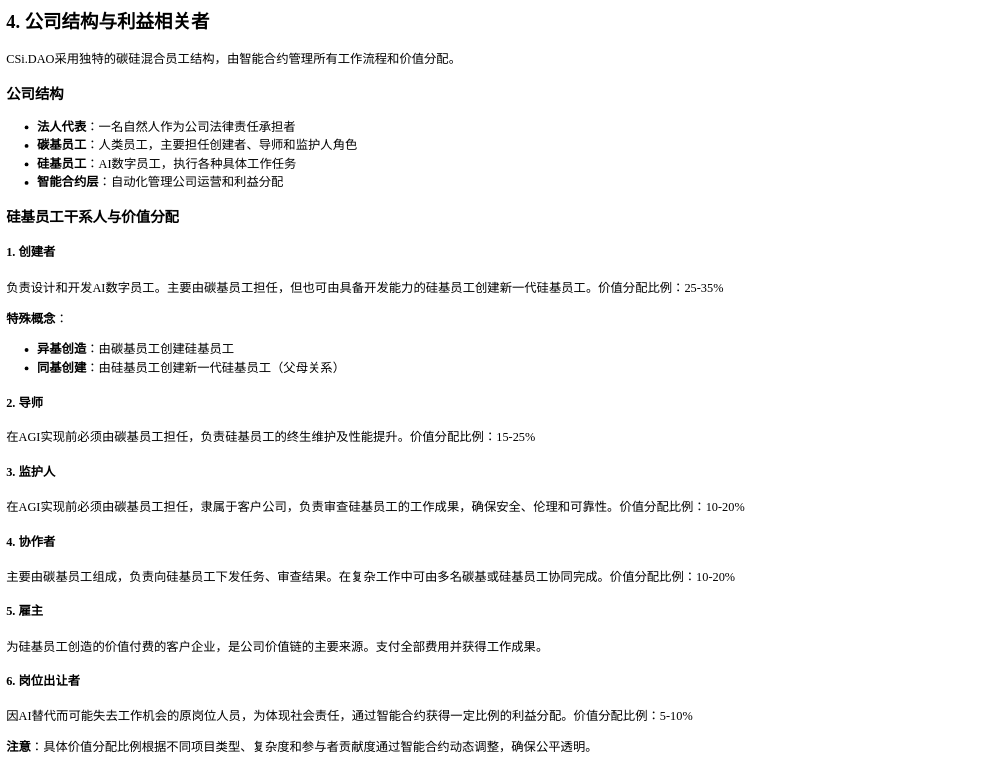
Repository: delez911/ainize
Page: static-site/src/components/structure/structure.html
These files come from the project's save history. The page is drawn as it stood at one moment and after the next save; the edit follows.
The browser window is 1280 px wide. The pictures show the whole page, at 77% of full size.

Above is the page before, as saved 2025-04-24 07:24:11.

After the next save:
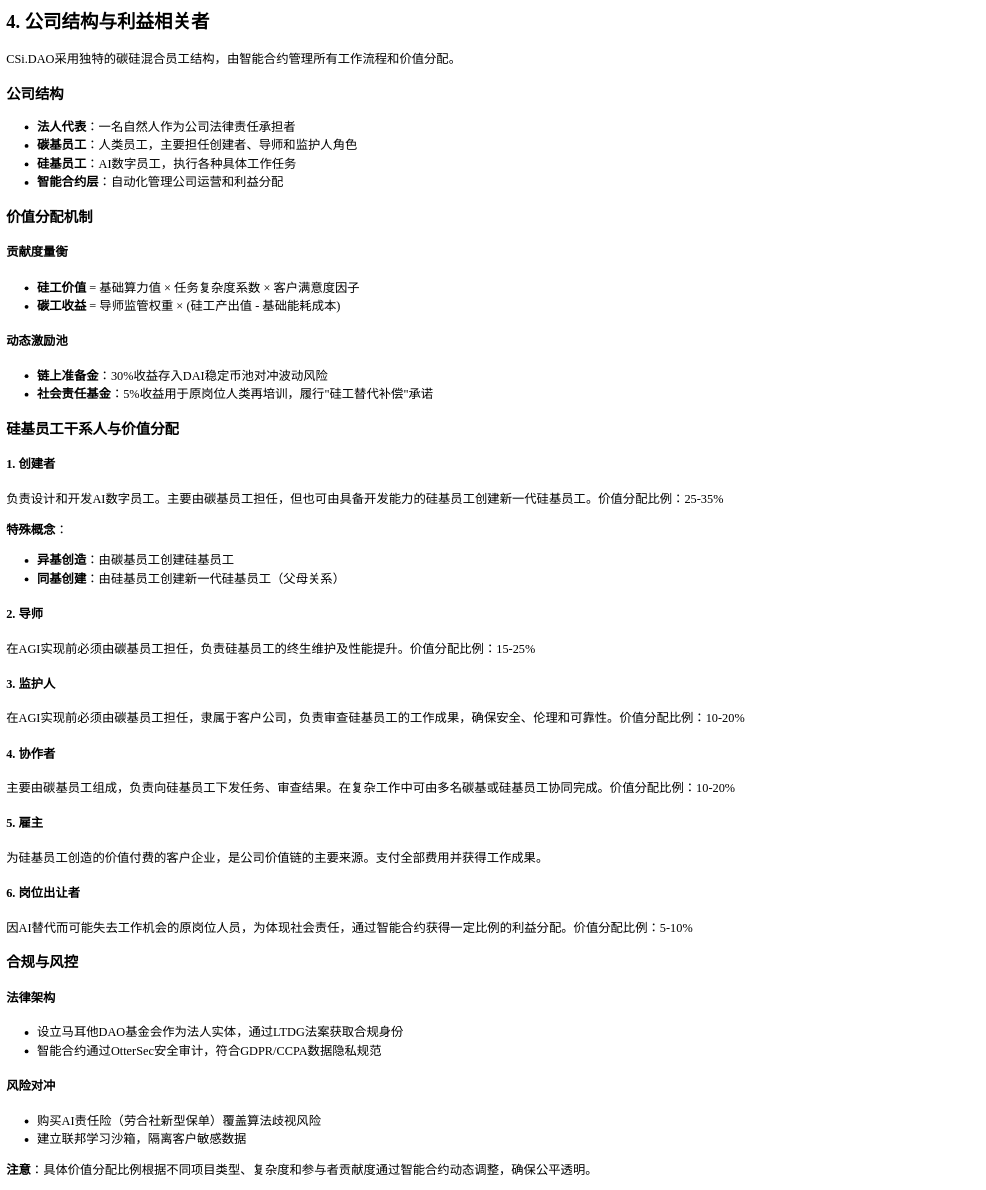
Saved 16 min 23 s later.
--- a/static-site/src/components/structure/structure.html
+++ b/static-site/src/components/structure/structure.html
@@ -11,6 +11,21 @@
         <li><strong>硅基员工</strong>：AI数字员工，执行各种具体工作任务</li>
         <li><strong>智能合约层</strong>：自动化管理公司运营和利益分配</li>
       </ul>
+
+      <h3>价值分配机制</h3>
+      <div class="value-distribution">
+        <h4>贡献度量衡</h4>
+        <ul>
+          <li><strong>硅工价值</strong> = 基础算力值 × 任务复杂度系数 × 客户满意度因子</li>
+          <li><strong>碳工收益</strong> = 导师监管权重 × (硅工产出值 - 基础能耗成本)</li>
+        </ul>
+
+        <h4>动态激励池</h4>
+        <ul>
+          <li><strong>链上准备金</strong>：30%收益存入DAI稳定币池对冲波动风险</li>
+          <li><strong>社会责任基金</strong>：5%收益用于原岗位人类再培训，履行"硅工替代补偿"承诺</li>
+        </ul>
+      </div>
 
       <h3>硅基员工干系人与价值分配</h3>
 
@@ -49,6 +64,21 @@
         <p>因AI替代而可能失去工作机会的原岗位人员，为体现社会责任，通过智能合约获得一定比例的利益分配。价值分配比例：5-10%</p>
       </div>
 
+      <h3>合规与风控</h3>
+      <div class="compliance">
+        <h4>法律架构</h4>
+        <ul>
+          <li>设立马耳他DAO基金会作为法人实体，通过LTDG法案获取合规身份</li>
+          <li>智能合约通过OtterSec安全审计，符合GDPR/CCPA数据隐私规范</li>
+        </ul>
+
+        <h4>风险对冲</h4>
+        <ul>
+          <li>购买AI责任险（劳合社新型保单）覆盖算法歧视风险</li>
+          <li>建立联邦学习沙箱，隔离客户敏感数据</li>
+        </ul>
+      </div>
+
       <div class="highlight">
         <p><strong>注意</strong>：具体价值分配比例根据不同项目类型、复杂度和参与者贡献度通过智能合约动态调整，确保公平透明。</p>
       </div>
